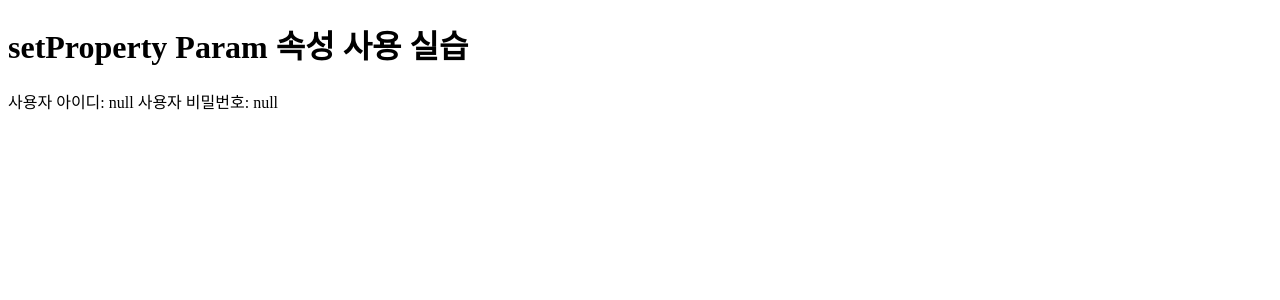
Repository: jb7959/struts_jsp_study
Page: http://localhost/08Chapter_useBean/useBeanParam.jsp
These files come from the project's save history. The page is drawn as it stood at one moment and after the next save; the edit follows.
The browser window is 1280 px wide. The pictures show the whole page.
The page is served by Tomcat 9.

Above is the page before, as saved 2015-10-01 08:19:15.

### 08Chapter_useBean/WebContent/useBeanParam.jsp
<%@ page language="java" contentType="text/html; charset=EUC-KR"
    pageEncoding="EUC-KR"%>
<!DOCTYPE html PUBLIC "-//W3C//DTD HTML 4.01 Transitional//EN" "http://www.w3.org/TR/html4/loose.dtd">
<!-- 자바빈 사용 및 파라미터 초기화 -->
<jsp:useBean id="myBean" class="com.bean.LoginBean" />
<jsp:setProperty property="*" name="myBean" />


<html>
<head>
<meta http-equiv="Content-Type" content="text/html; charset=EUC-KR">
<title>Insert title here</title>
</head>
<body>

<h1>setProperty Param 속성 사용 실습</h1>

	사용자 아이디: <%= myBean.getUserid() %>
	사용자 비밀번호: <%= myBean.getPasswd() %>

</body>
</html>

### 08Chapter_useBean/src/com/bean/LoginBean.java
package com.bean;

import java.io.Serializable;

public class LoginBean {
	private String userid;
	private String passwd;

	public LoginBean(){}

	public String getUserid() {
		return userid;
	}

	public void setUserid(String userid) {
		this.userid = userid;
	}

	public String getPasswd() {
		return passwd;
	}

	public void setPasswd(String passwd) {
		this.passwd = passwd;
	}


}

After the next save:
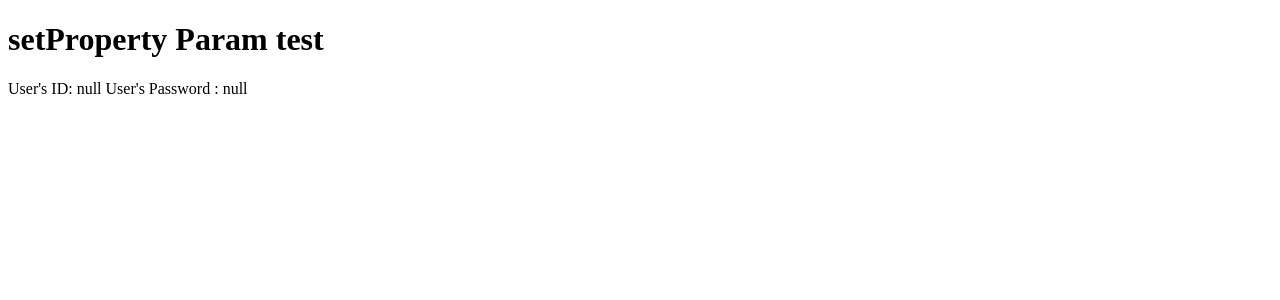
Saved 3 s later.
--- a/08Chapter_useBean/WebContent/useBeanParam.jsp
+++ b/08Chapter_useBean/WebContent/useBeanParam.jsp
@@ -1,7 +1,7 @@
 <%@ page language="java" contentType="text/html; charset=EUC-KR"
     pageEncoding="EUC-KR"%>
 <!DOCTYPE html PUBLIC "-//W3C//DTD HTML 4.01 Transitional//EN" "http://www.w3.org/TR/html4/loose.dtd">
-<!-- 자바빈 사용 및 파라미터 초기화 -->
+
 <jsp:useBean id="myBean" class="com.bean.LoginBean" />
 <jsp:setProperty property="*" name="myBean" />
 
@@ -13,10 +13,10 @@
 </head>
 <body>
 
-<h1>setProperty Param 속성 사용 실습</h1>
+<h1>setProperty Param test</h1>
 
-	사용자 아이디: <%= myBean.getUserid() %>
-	사용자 비밀번호: <%= myBean.getPasswd() %>
+	User's ID: <%= myBean.getUserid() %>
+	User's Password : <%= myBean.getPasswd() %>
 
 </body>
 </html>
